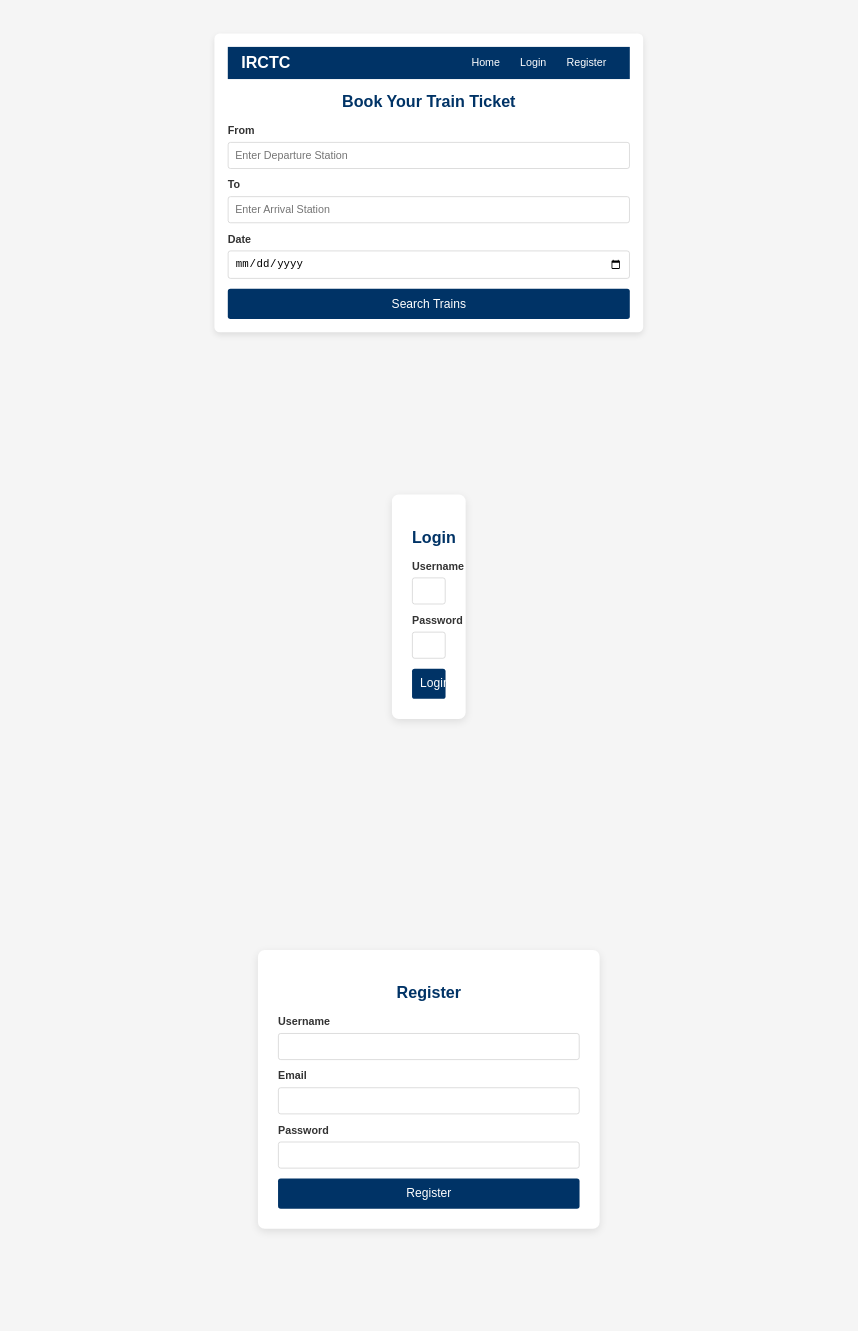
Repository: ssaddamhuss100/IRCTC-Clone
Page: /
These files come from the project's save history. The page is drawn as it stood at one moment and after the next save; the edit follows.
The browser window is 1280 px wide. The pictures show the whole page, at 67% of full size.
The project was rebuilt for these pictures with package versions that can differ from the ones it lists, and the page was loaded fresh each time. Also part of the build but not shown: vite.config.js, src/components/Header/Header.css, src/components/Header/Header.jsx.

Above is the page before, as saved 2025-01-19 11:58:31.

After the next save:
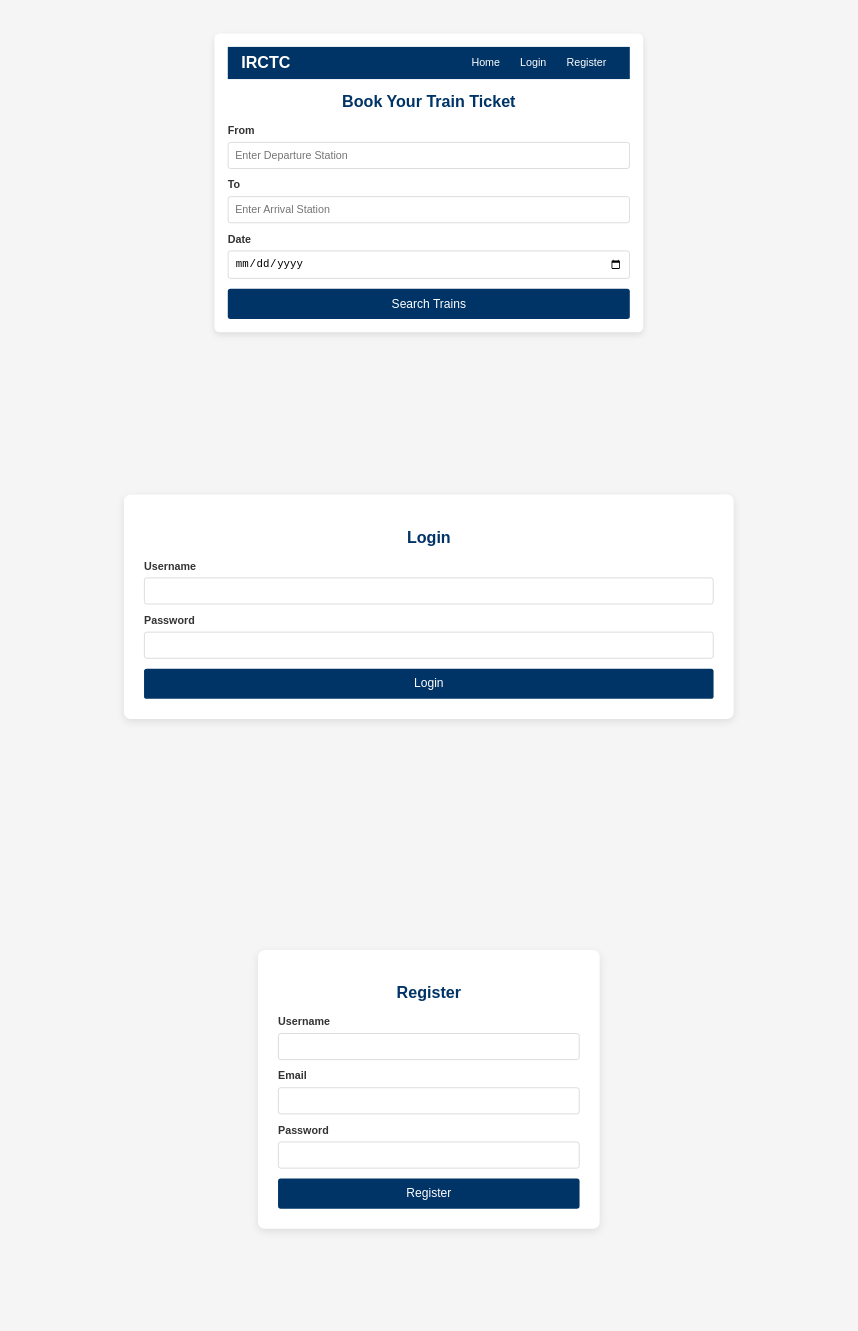
Saved 4 s later.
--- a/src/pages/Login/Login.css
+++ b/src/pages/Login/Login.css
@@ -14,7 +14,7 @@
   border-radius: 10px; /* Rounded corners */
   box-shadow: 0 4px 12px rgba(0, 0, 0, 0.1); /* Soft shadow */
   width: 100%; /* Full width of container */
-  max-width: 50px; /* Max width to limit form size */
+  max-width: 850px; /* Max width to limit form size */
 }
 
 /* Form heading */
